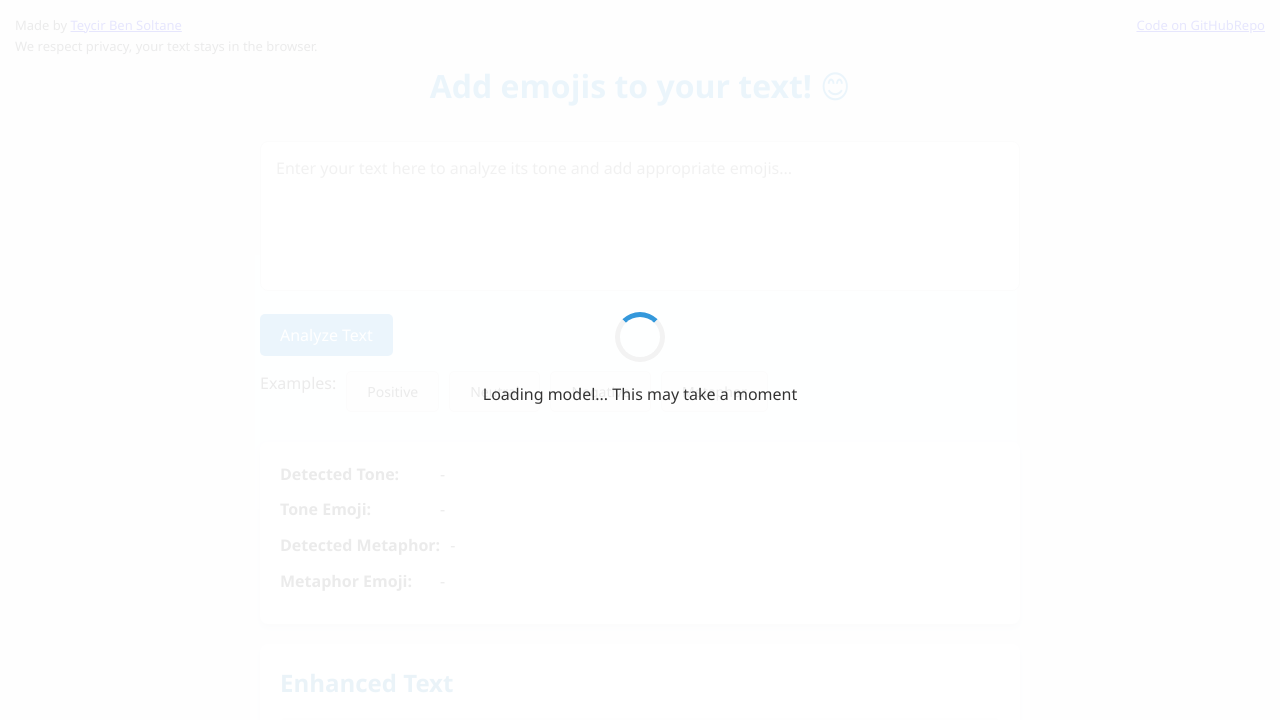
Repository: Teycir/emojiadder
Page: index.html
The author's editor kept a copy of each file at every save. The page is drawn from the files as they stood at one save, then again after the next save.
The browser window is 1280 px wide. The pictures show the window.
A layer covers the whole window, so only the first screen is drawn.

Above is the page before, as saved 2025-03-23 12:12:32.

### index.html
<!DOCTYPE html>
<html lang="en">

<head>
    <meta charset="UTF-8">
    <meta name="viewport" content="width=device-width, initial-scale=1.0">
    <title>Text Tone Detector</title>
    <link rel="stylesheet" href="styles.css">
</head>

<body>
    <div class="container">
        <div style="position: fixed; top: 10px; left: 10px; font-size: small; margin: 5px;">
            Made by <a href="https://www.teycirbensoltane.tn">Teycir Ben Soltane</a><br>
            We respect privacy, your text stays in the browser.
        </div>
        <a href="https://github.com/Teycir/emojiadder" style="position: fixed; top: 10px; right: 10px; font-size: small; margin: 5px;">
            Code on GitHubRepo
        </a>
        <h1>Add emojis to your text! 😊</h1>


        <div class="input-section">
            <textarea id="text-input"
                placeholder="Enter your text here to analyze its tone and add appropriate emojis..."></textarea>
            <button id="analyze-btn">Analyze Text</button>
            <div class="examples">
                <p>Examples:</p>
                <button class="example-btn"
                    data-text="I'm so happy with the results! This is amazing.">Positive</button>
                <button class="example-btn" data-text="This is just okay, nothing special.">Neutral</button>
                <button class="example-btn" data-text="I'm really disappointed with this service.">Negative</button>
                <button class="example-btn"
                    data-text="The journey to success is like climbing a mountain.">Metaphor</button>
            </div>
        </div>

        <div class="result-section">
            <div class="result-card">
                <div class="result-item">
                    <div class="label">Detected Tone:</div>
                    <div id="tone-result" class="value">-</div>
                </div>
                <div class="result-item">
                    <div class="label">Tone Emoji:</div>
                    <div id="tone-emoji" class="value">-</div>
                </div>
                <div class="result-item">
                    <div class="label">Detected Metaphor:</div>
                    <div id="metaphor-result" class="value">-</div>
                </div>
                <div class="result-item">
                    <div class="label">Metaphor Emoji:</div>
                    <div id="metaphor-emoji" class="value">-</div>
                </div>
            </div>
            <div class="enhanced-text-card">
                <h2>Enhanced Text</h2>
                <div id="enhanced-text-result">-</div>
            </div>
        </div>

        <div class="loader-container" id="loader">
            <div class="loader"></div>
            <p>Loading model... This may take a moment</p>
        </div>
    </div>

    <!-- Note the type="module" to use ES modules (modules are deferred by default) -->
    <script type="module" src="./script.js"></script>
</body>

</html>

### styles.css
* {
    margin: 0;
    padding: 0;
    box-sizing: border-box;
    font-family: 'Segoe UI', Tahoma, Geneva, Verdana, sans-serif;
}

body {
    background-color: #f5f7fa;
    color: #333;
    line-height: 1.6;
}

.container {
    max-width: 800px;
    margin: 40px auto;
    padding: 20px;
}

h1 {
    text-align: center;
    margin-bottom: 30px;
    color: #3498db;
}

h2 {
    color: #2980b9;
    margin-bottom: 15px;
}

.input-section {
    margin-bottom: 30px;
}

textarea {
    width: 100%;
    height: 150px;
    padding: 15px;
    border: 1px solid #ddd;
    border-radius: 8px;
    resize: none;
    font-size: 16px;
    margin-bottom: 15px;
    transition: border 0.3s;
}

textarea:focus {
    outline: none;
    border-color: #3498db;
}

button {
    background-color: #3498db;
    color: white;
    border: none;
    padding: 10px 20px;
    border-radius: 5px;
    cursor: pointer;
    font-size: 16px;
    transition: background-color 0.3s;
}

button:hover {
    background-color: #2980b9;
}

button:disabled {
    background-color: #95a5a6;
    cursor: not-allowed;
}

.result-section {
    display: flex;
    flex-direction: column;
    gap: 20px;
    margin-bottom: 30px;
}

.result-card, .enhanced-text-card {
    background-color: white;
    border-radius: 8px;
    padding: 20px;
    box-shadow: 0 4px 6px rgba(0, 0, 0, 0.1);
}

.result-item {
    margin-bottom: 10px;
    display: flex;
    align-items: center;
}

.label {
    font-weight: bold;
    margin-right: 10px;
    min-width: 150px;
}

#enhanced-text-result {
    padding: 15px;
    background-color: #f9f9f9;
    border-radius: 5px;
    font-size: 18px;
    min-height: 60px;
    line-height: 1.5;
}

.examples-section {
    margin-top: 30px;
}

.examples {
    display: flex;
    flex-wrap: wrap;
    gap: 10px;
    margin-top: 15px;
}

.example-btn {
    background-color: #f0f0f0;
    color: #333;
    border: 1px solid #ddd;
    font-size: 14px;
}

.example-btn:hover {
    background-color: #e0e0e0;
}

/* Tone colors */
.positive {
    color: #27ae60;
}

.neutral {
    color: #f39c12;
}

.negative {
    color: #e74c3c;
}

/* Loader Styles */
.loader-container {
    position: fixed;
    top: 0;
    left: 0;
    width: 100%;
    height: 100%;
    background-color: rgba(255, 255, 255, 0.9);
    display: flex;
    flex-direction: column;
    justify-content: center;
    align-items: center;
    z-index: 1000;
}

.loader {
    border: 5px solid #f3f3f3;
    border-top: 5px solid #3498db;
    border-radius: 50%;
    width: 50px;
    height: 50px;
    animation: spin 1s linear infinite;
    margin-bottom: 20px;
}

@keyframes spin {
    0% { transform: rotate(0deg); }
    100% { transform: rotate(360deg); }
}

/* Responsive design */
@media (max-width: 600px) {
    .container {
        padding: 15px;
        margin: 20px auto;
    }

    .result-item {
        flex-direction: column;
        align-items: flex-start;
    }

    .label {
        margin-bottom: 5px;
    }

    .examples {
        flex-direction: column;
    }
}

### script.js
import TextToneDetector from './TextToneDetector.js';

// DOM event listeners
document.addEventListener('DOMContentLoaded', () => {
  console.log('DOM content loaded, initializing application');

  // DOM elements
  const textInput = document.getElementById('text-input');
  const analyzeBtn = document.getElementById('analyze-btn');
  const toneResult = document.getElementById('tone-result');
  const toneEmoji = document.getElementById('tone-emoji');
  const metaphorResult = document.getElementById('metaphor-result');
  const metaphorEmoji = document.getElementById('metaphor-emoji');
  const enhancedTextResult = document.getElementById('enhanced-text-result');
  const exampleBtns = document.querySelectorAll('.example-btn');
  const loader = document.getElementById('loader');

  // Disable analyze button until model loads
  analyzeBtn.disabled = true;

  // Make sure the loader is visible
  loader.style.display = 'flex';

  // Create detector instance
  console.log('Creating TextToneDetector instance');
  const toneDetector = new TextToneDetector();

  // Add event listener to limit textarea to 400 lines and alert if exceeded
  textInput.addEventListener('input', function() {
    const lines = this.value.split('\n');
    if (lines.length > 400) {
      alert("400 max lines allowed!");
      this.value = lines.slice(0, 400).join('\n');
    }
  });

  // Analyze text function
  async function analyzeText() {
    const text = textInput.value.trim();

    if (!text) {
      alert('Please enter some text to analyze.');
      return;
    }

    // Show loading indicator
    analyzeBtn.disabled = true;
    analyzeBtn.textContent = 'Analyzing...';

    try {
      const result = await toneDetector.analyze(text);

      // Display results
      toneResult.textContent = result.tone.charAt(0).toUpperCase() + result.tone.slice(1);
      toneResult.className = result.tone;

      toneEmoji.textContent = result.toneEmoji || 'None';

      metaphorResult.textContent = result.metaphor
        ? result.metaphor.charAt(0).toUpperCase() + result.metaphor.slice(1)
        : 'None detected';

      metaphorEmoji.textContent = result.metaphorEmoji || 'None';

      enhancedTextResult.textContent = result.enhancedText;
    } catch (error) {
      console.error('Error in analysis:', error);
      enhancedTextResult.textContent = 'An error occurred during analysis. Please try again.';
    } finally {
      // Reset button
      analyzeBtn.disabled = false;
      analyzeBtn.textContent = 'Analyze Text';
    }
  }

  // Event listeners
  analyzeBtn.addEventListener('click', analyzeText);

  textInput.addEventListener('keydown', function(e) {
    if (e.key === 'Enter' && e.ctrlKey) {
      analyzeText();
    }
  });

  // Example buttons
  exampleBtns.forEach(btn => {
    btn.addEventListener('click', function() {
      const exampleText = this.getAttribute('data-text');
      textInput.value = exampleText;
      analyzeText();
    });
  });

  // Initial instructions
  enhancedTextResult.textContent = 'Enter text and click "Analyze Text" to see the enhanced result with emojis.';
});

### TextToneDetector.js
import SentimentModel from './models/SentimentModel.js';
import MetaphorUtils from './utils/MetaphorUtils.js';
import EmojiUtils from './utils/EmojiUtils.js';

/**
 * Main class for text tone detection
 */
class TextToneDetector {
  constructor() {
    console.log('TextToneDetector constructor called');

    // Initialize components
    this.sentimentModel = new SentimentModel();
    this.metaphorUtils = new MetaphorUtils();
    this.emojiUtils = new EmojiUtils();

    // Model loading status
    this.isModelLoaded = false;

    // Initialize model
    this.initializeModel();
  }

  async initializeModel() {
    try {
      console.log('TextToneDetector: Initializing sentiment model');
      await this.sentimentModel.initialize();
      this.isModelLoaded = true;

      console.log('TextToneDetector: Model loaded successfully');

      // Hide loader when model is loaded
      const loader = document.getElementById('loader');
      if (loader) {
        loader.style.display = 'none';
        console.log('Loader hidden');
      } else {
        console.warn('Loader element not found');
      }

      // Enable analyze button
      const analyzeBtn = document.getElementById('analyze-btn');
      if (analyzeBtn) {
        analyzeBtn.disabled = false;
        console.log('Analyze button enabled');
      } else {
        console.warn('Analyze button not found');
      }
    } catch (error) {
      console.error('Error initializing model:', error);

      // Show error in the UI
      const loader = document.getElementById('loader');
      if (loader) {
        loader.innerHTML = `
          <div class="error">
            <p>Error loading model: ${error.message}</p>
            <p>Please refresh the page to try again.</p>
          </div>
        `;
      }
    }
  }

  // Analyze text and return tone with emojis
  async analyze(text) {
    if (!this.isModelLoaded) {
      return {
        originalText: text,
        tone: 'unknown',
        toneEmoji: '',
        metaphor: null,
        metaphorEmoji: '',
        enhancedText: text
      };
    }

    try {
      // Split text into paragraphs
      const paragraphs = text.split(/\n+/);
      let enhancedParagraphs = [];

      for (const paragraph of paragraphs) {
        if (!paragraph.trim()) {
          enhancedParagraphs.push('');
          continue;
        }

        // Split paragraph into sentences
        // This regex matches sentence endings: period, question mark, or exclamation mark followed by a space or end of string
        const sentences = paragraph.match(/[^.!?]+[.!?]+(\s|$)/g) || [paragraph];
        let enhancedParagraph = '';

        for (const sentence of sentences) {
          // Get sentiment from model for each sentence
          const sentimentOutput = await this.sentimentModel.analyze(sentence);

          // Determine tone based on model output
          let tone;
          if (sentimentOutput.label === 'POSITIVE') {
            tone = 'positive';
          } else if (sentimentOutput.label === 'NEGATIVE') {
            tone = 'negative';
          } else {
            tone = 'neutral';
          }

          // Find metaphors in sentence
          const words = sentence.toLowerCase().split(/\s+/);
          const metaphor = this.metaphorUtils.findMetaphor(words);

          // Get emojis for tone and metaphor
          const toneEmoji = this.emojiUtils.getToneEmoji(tone);
          const metaphorEmoji = this.emojiUtils.getMetaphorEmoji(metaphor);

          // Add emoji after the sentence's ending punctuation but before any trailing space
          const emojiString = `${toneEmoji} ${metaphorEmoji}`.trim();
          // This regex captures the end punctuation and any trailing space
          const enhancedSentence = sentence.replace(/([.!?]+)(\s|$)/, `$1 ${emojiString}$2`);
          enhancedParagraph += enhancedSentence;
        }

        enhancedParagraphs.push(enhancedParagraph);
      }

      const enhancedText = enhancedParagraphs.join('\n');

      // For the overall tone and metaphor, analyze the complete text
      const overallSentimentOutput = await this.sentimentModel.analyze(text);
      let overallTone;
      if (overallSentimentOutput.label === 'POSITIVE') {
        overallTone = 'positive';
      } else if (overallSentimentOutput.label === 'NEGATIVE') {
        overallTone = 'negative';
      } else {
        overallTone = 'neutral';
      }

      const words = text.toLowerCase().split(/\s+/);
      const overallMetaphor = this.metaphorUtils.findMetaphor(words);

      const toneEmoji = this.emojiUtils.getToneEmoji(overallTone);
      const metaphorEmoji = this.emojiUtils.getMetaphorEmoji(overallMetaphor);

      return {
        originalText: text,
        tone: overallTone,
        toneEmoji: toneEmoji,
        metaphor: overallMetaphor,
        metaphorEmoji: metaphorEmoji,
        enhancedText: enhancedText
      };
    } catch (error) {
      console.error('Error analyzing text:', error);
      return {
        originalText: text,
        tone: 'error',
        toneEmoji: '❓',
        metaphor: null,
        metaphorEmoji: '',
        enhancedText: text + ' ❓'
      };
    }
  }
}

export default TextToneDetector;

### models/SentimentModel.js
// Import the pipeline directly from the Transformers library
import { pipeline } from 'https://cdn.jsdelivr.net/npm/@xenova/transformers@2.14.0/dist/transformers.min.js';

/**
 * Handles sentiment analysis using Transformers.js
 * Implements caching to avoid reloading the model
 */
class SentimentModel {
  // Static properties for caching
  static instance = null;
  static pipelineInstance = null;
  static isInitializing = false;
  static initPromise = null;

  constructor() {
    this.isLoaded = SentimentModel.pipelineInstance !== null;
    this.pipeline = SentimentModel.pipelineInstance;

    console.log('SentimentModel constructor called, cached:', this.isLoaded);

    // Return existing instance if available
    if (SentimentModel.instance) {
      console.log('Returning cached SentimentModel instance');
      return SentimentModel.instance;
    }

    // Store this instance as the singleton
    SentimentModel.instance = this;
  }

  /**
   * Initialize the sentiment analysis model
   * @returns {Promise} Resolves when model is loaded
   */
  async initialize() {
    // If model is already loaded, return immediately
    if (this.isLoaded) {
      console.log('Model already loaded, using cached instance');
      return Promise.resolve(true);
    }

    // If initialization is in progress, return the existing promise
    if (SentimentModel.isInitializing) {
      console.log('Model initialization already in progress, waiting...');
      return SentimentModel.initPromise;
    }

    // Create a new initialization promise
    SentimentModel.isInitializing = true;
    SentimentModel.initPromise = new Promise(async (resolve, reject) => {
      try {
        console.log('Starting to initialize sentiment model');

        try {
          console.log('Initializing sentiment model');

          // Initialize the sentiment analysis pipeline
          console.log('Loading sentiment analysis model...');
          SentimentModel.pipelineInstance = await pipeline('sentiment-analysis', 'Xenova/distilbert-base-uncased-finetuned-sst-2-english');
          console.log('Sentiment analysis model loaded successfully');

          // Update instance properties
          this.pipeline = SentimentModel.pipelineInstance;
          this.isLoaded = true;

          resolve(true);
        } catch (innerError) {
          console.error('Error in Transformers initialization:', innerError);
          SentimentModel.isInitializing = false;
          reject(innerError);
        }
      } catch (error) {
        console.error('Error initializing model:', error);
        SentimentModel.isInitializing = false;
        reject(error);
      }
    });

    return SentimentModel.initPromise;
  }

  /**
   * Analyze text sentiment
   * @param {string} text - Text to analyze
   * @returns {Object} Sentiment result
   */
  async analyze(text) {
    if (!this.isLoaded) {
      throw new Error('Model not loaded yet');
    }

    try {
      const result = await this.pipeline(text);
      return result[0];
    } catch (error) {
      console.error('Error in sentiment analysis:', error);
      throw error;
    }
  }
}

export default SentimentModel;

### utils/EmojiUtils.js
/**
 * Provides emoji-related functionality
 */
class EmojiUtils {
    constructor() {
      // Metaphor emoji mappings
      this.metaphorEmojis = {
        speed: ['🚀', '⚡', '💨', '🏃‍♂️'],
        strength: ['💪', '🦾', '🦁', '🐂'],
        growth: ['🌱', '🌳', '📈', '⬆️'],
        time: ['⏰', '⌛', '🕒', '📅'],
        money: ['💰', '💵', '💸', '💲'],
        success: ['🏆', '🥇', '🎖️', '🔝'],
        failure: ['👎', '📉', '❌', '💥'],
        idea: ['💡', '✨', '🧠', '🤔'],
        communication: ['💬', '📣', '📱', '✉️'],
        love: ['❤️', '💕', '💘', '🌹'],
        journey: ['🛣️', '🧭', '🧳', '🚶‍♂️'],
        competition: ['🏁', '🥊', '⚔️', '🎯'],
        health: ['🏥', '💊', '🩺', '🫀'],
        technology: ['📱', '💻', '🤖', '⚙️'],
        education: ['📚', '🎓', '✏️', '🧮'],
        nature: ['🌿', '🌳', '🌊', '🏔️'],
        celebration: ['🎉', '🎊', '🥂', '🎈']
      };

      // Tone emoji mappings
      this.toneEmojis = {
        positive: ['😊', '😄', '🥰', '✨', '👍', '🙌'],
        neutral: ['😐', '🤔', '🧐', '📝', '🔍', '💭'],
        negative: ['😔', '😢', '😞', '😠', '👎', '💔']
      };
    }

    /**
     * Get random emoji from a list
     * @param {Array} emojiList - List of emojis to choose from
     * @returns {string} - Random emoji
     */
    getRandomEmoji(emojiList) {
      if (!emojiList || emojiList.length === 0) {
        return '';
      }
      const randomIndex = Math.floor(Math.random() * emojiList.length);
      return emojiList[randomIndex];
    }

    /**
     * Get emoji for a tone
     * @param {string} tone - Tone to get emoji for
     * @returns {string} - Emoji
     */
    getToneEmoji(tone) {
      return this.getRandomEmoji(this.toneEmojis[tone] || []);
    }

    /**
     * Get emoji for a metaphor
     * @param {string} metaphor - Metaphor to get emoji for
     * @returns {string} - Emoji
     */
    getMetaphorEmoji(metaphor) {
      return metaphor ? this.getRandomEmoji(this.metaphorEmojis[metaphor] || []) : '';
    }
  }

  export default EmojiUtils;

Loaded but not shown: utils/MetaphorUtils.js (330 lines, source omitted)

After the next save:
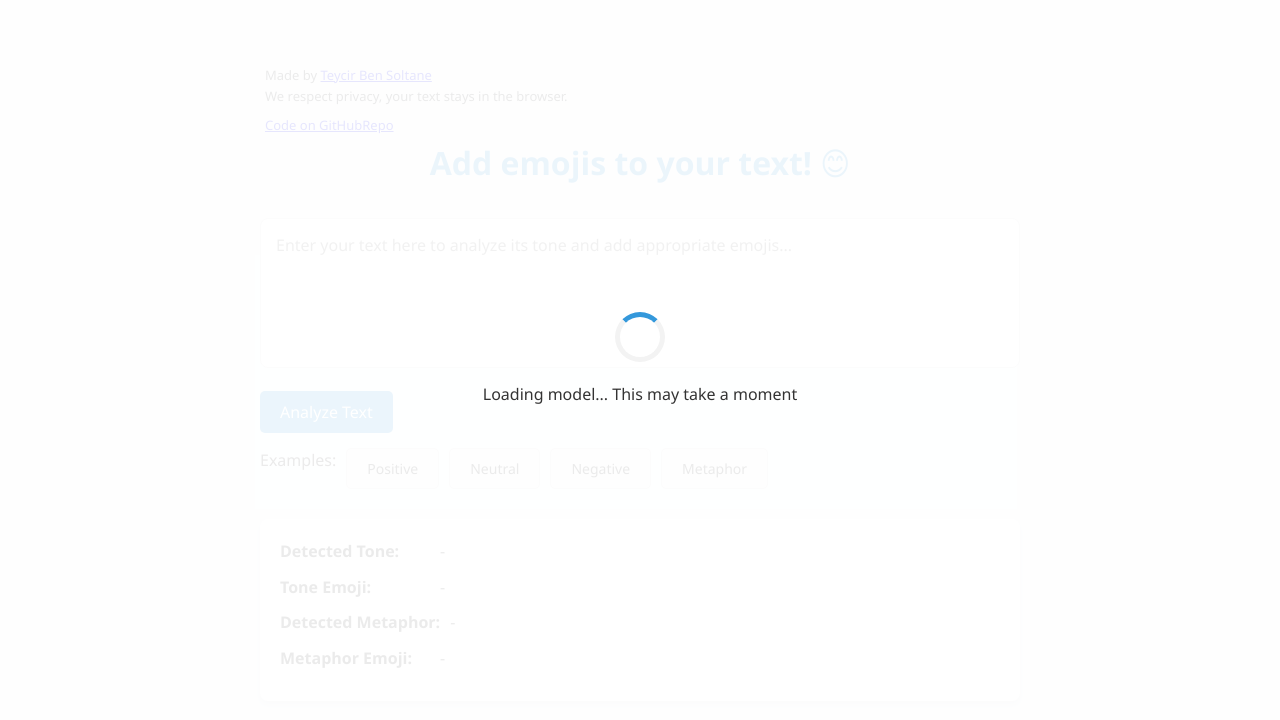
Saved 116 s later.
--- a/index.html
+++ b/index.html
@@ -10,11 +10,11 @@
 
 <body>
     <div class="container">
-        <div style="position: fixed; top: 10px; left: 10px; font-size: small; margin: 5px;">
+        <div style="top: 10px; left: 10px; font-size: small; margin: 5px;">
             Made by <a href="https://www.teycirbensoltane.tn">Teycir Ben Soltane</a><br>
             We respect privacy, your text stays in the browser.
         </div>
-        <a href="https://github.com/Teycir/emojiadder" style="position: fixed; top: 10px; right: 10px; font-size: small; margin: 5px;">
+        <a href="https://github.com/Teycir/emojiadder" style="top: 10px; right: 10px; font-size: small; margin: 5px;">
             Code on GitHubRepo
         </a>
         <h1>Add emojis to your text! 😊</h1>
